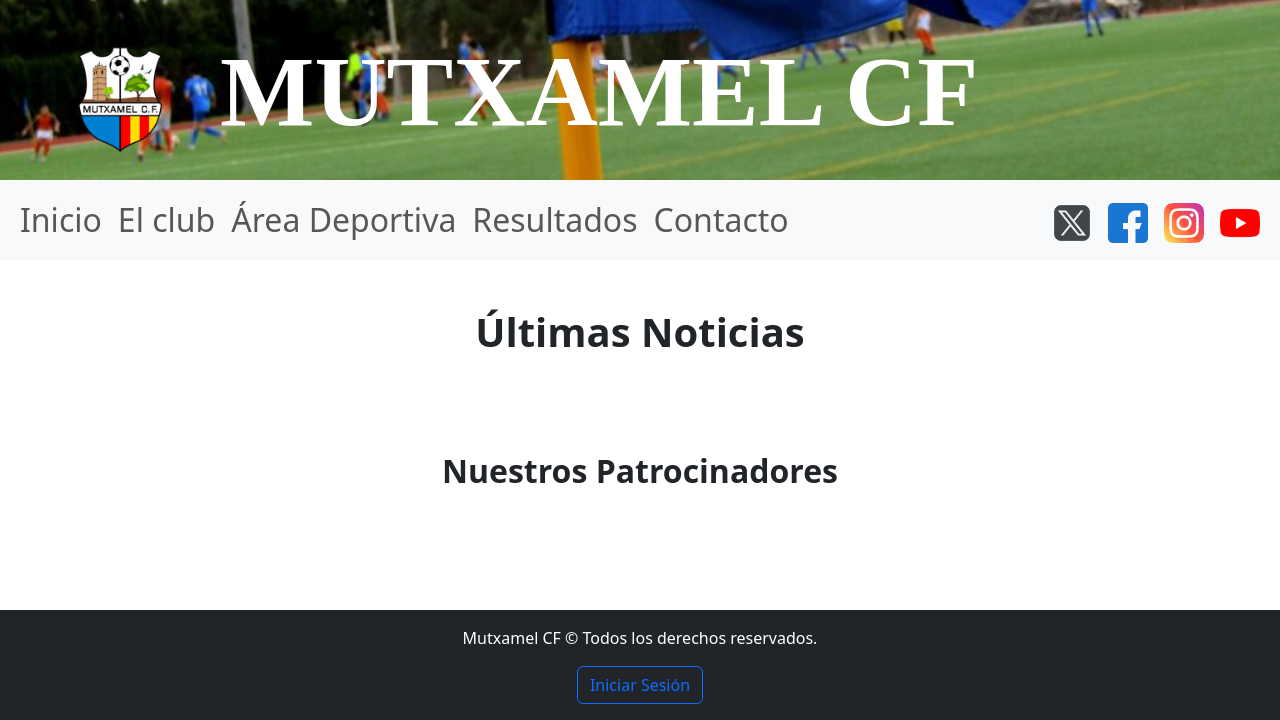
Repository: mikeluca/webMutxamelCF
Page: http://localhost/index
An editor plug-in stored every save of this project. The page is shown before and after the next save, followed by the edit.
The browser window is 1280 px wide. The pictures show the whole page.
Some web fonts or font styles are not loaded; a fallback is used. The page is this project's Thymeleaf template; nobody is signed in. The template is opened directly, without the code that normally fills it, so the values that code supplies are empty.

Above is the page before, as saved 2024-10-27 15:49:34.

After the next save:
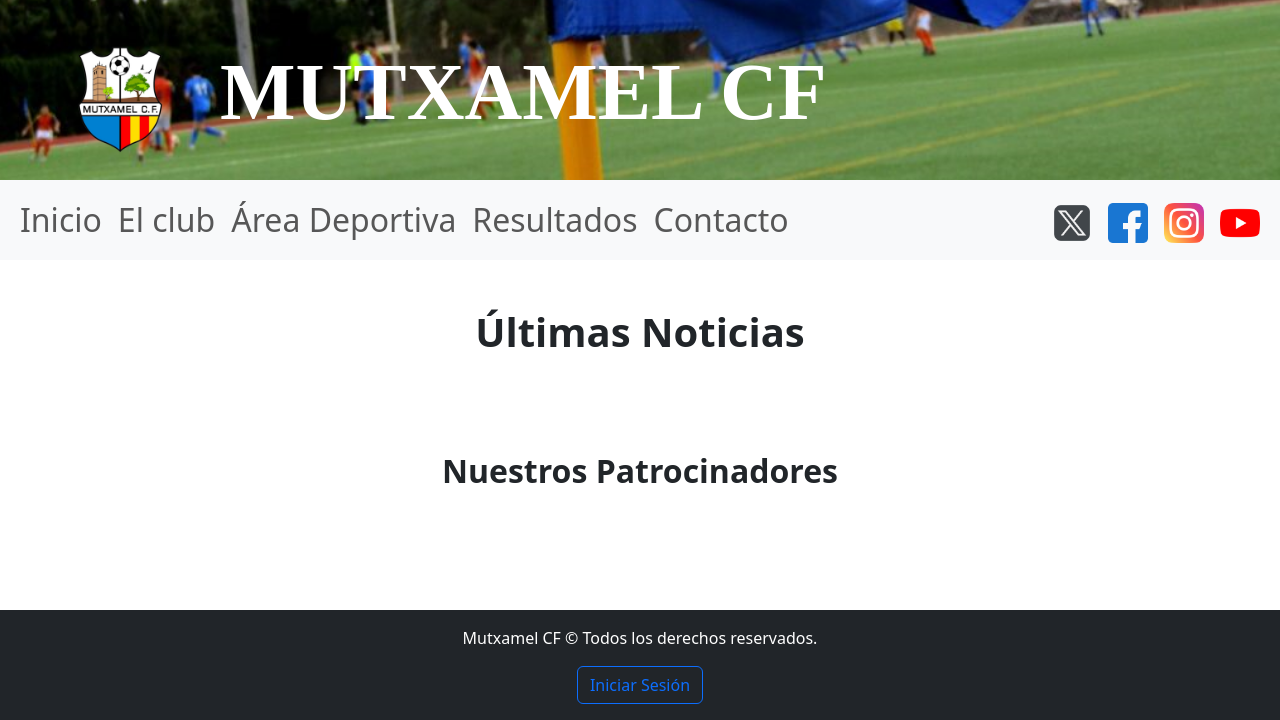
Saved 2 min 49 s later.
--- a/mvc/src/main/resources/templates/cabecera.html
+++ b/mvc/src/main/resources/templates/cabecera.html
@@ -5,7 +5,7 @@
 			<a href="/index"><img src="/images/escudo.png" href="/index" alt="Escudo del Club" width="200px"
 					style="margin: 20px 0px;"></a>
 			<!-- Nombre del club -->
-			<h1 class="lead fw-bold grafiti-title" style="font-size: 100px;">MUTXAMEL CF</h1>
+			<h1 class="lead fw-bold grafiti-title" style="font-size: 80px;">MUTXAMEL CF</h1>
 		</div>
 	</header>
 
